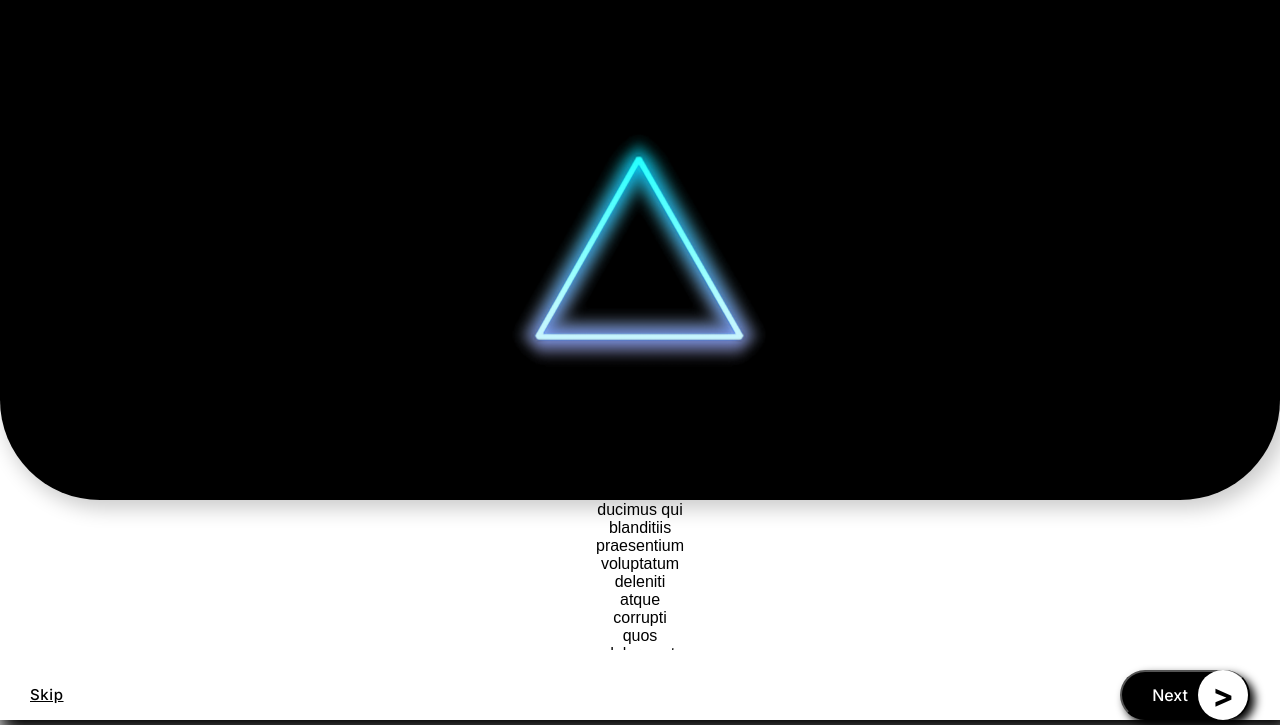
Repository: Cherced/virtualassistant
Page: /Welcome
An editor plug-in stored every save of this project. The page is shown before and after the next save, followed by the edit.
The browser window is 1280 px wide. The pictures show the whole page.
The project was rebuilt for these pictures with package versions that can differ from the ones it lists, and the page was loaded fresh each time. The framework's server and built-in components were replaced by stand-ins that run in the browser.

Above is the page before, as saved 2022-07-14 11:59:37.

### pages/_app.js
import '../sass/global.scss';


const MyApp = ({ Component, pageProps }) => {
    return <Component {...pageProps} />
  }


export default MyApp

### pages/_document.js
import { Html, Head, Main, NextScript } from 'next/document'

export default function Document() {
  return (
    <Html>
      <Head />
      <body>
        <Main />
        <div id="portal"></div>
        <NextScript />
      </body>
    </Html>
  )
}

### pages/Welcome.jsx
import React from 'react'
import { HeaderWelcome } from '../components/molecules/welcome/HeaderWelcome'
import { MainContent } from '../components/molecules/welcome/MainContent'
import { NavButtons } from '../components/molecules/welcome/NavButtons'

const Welcome = () => {
  return (
    <div className="welcome">
        <HeaderWelcome/>
        <MainContent/>
        <NavButtons/>
    </div>
  )
}

export default Welcome

### sass/global.scss
@import './vars';
@import './pages/draft';
@import './pages/welcome';

### components/molecules/welcome/HeaderWelcome.jsx
import React from 'react'

export const HeaderWelcome = () => {
  return (
    <header className="brand">
    <img className="brand__img" src="/img/welcomeImg.png" alt="brand logo"/>
    </header>
  )
}

### components/molecules/welcome/MainContent.jsx
import React from 'react'
import { Instructions } from '../../atoms/Carrousels/Instructions'

export const MainContent = () => {
  return (
    <main className="main__Content--welcome">
        <Instructions/>
    </main>
  )
}

### components/molecules/welcome/NavButtons.jsx
import React from 'react'
import Link from 'next/link'
import { NextButton } from '../../atoms/buttons/NextButton'

export const NavButtons = () => {
  return (
    <footer className="NavButtons">
      {  <Link href="#">
        <a className="NavButtons__ancord">Skip</a>
        </Link>}
        <NextButton type="button" title="Next"/>
    </footer>
  )
}

### sass/_vars.scss
@import url('https://fonts.googleapis.com/css2?family=Inter:wght@100;200;300;500;600;700;800;900&family=Roboto:ital,wght@0,100;0,300;0,400;0,500;0,700;0,900;1,100;1,300;1,400;1,500;1,700;1,900&display=swap');

$mainColor: black;
$mainTextColor: white;
$mainFont: 'Inter';


*{
    box-sizing: border-box;
    margin: 0;
    padding: 0;
    font-family: Arial, Helvetica, sans-serif;
}

### sass/pages/_draft.scss

.Draft{
    display: flex;
    align-self: center;
    width: 100%;
    justify-content: center;
    height: 100vh;
    flex-direction: column;
    align-items: center;
}

### sass/pages/_welcome.scss
@import '../components/headers/welcomeHeader';
@import '../components/carrousels/carrousel';
@import '../components/buttons/nextButton';


.welcome {
    width: 100%;
    height: 100vh;
    display: flex;
    flex-direction: column;
    align-items: center;
    box-shadow: 7px 8px 20px 7px black;
    justify-items: center;
    justify-content: space-between;

    .NavButtons {
        display: flex;
        width: 100%;
        align-items: center;
        justify-content: space-between;
        padding: 0 30px;
        margin: 20px 0;

        .NavButtons__ancord {
            font-style: normal;
            font-weight: 400;
            font-size: 15px;
            line-height: 18px;
            letter-spacing: 0.04em;
            font-family: $mainFont;
            color: #000000;
        }
    }
}

### sass/components/headers/_welcomeHeader.scss
.brand{
    width: 100%;
    min-height: 500px;
    display: flex;
    background: black;
    border-radius: 0 0 100px 100px;
    box-shadow: 6px 6px 20px 3px rgba(0, 0, 0, 0.2);
    justify-content: center;
    align-items: center;
  .brand__img{
    object-fit: cover;
  }
}

### sass/components/carrousels/_carrousel.scss
.carrousel{
    max-width: 500px;
    height: 150px;
    min-width: 300px;
    overflow: hidden;
    .carrousel__list{
        list-style: none;
        position: relative;
        display: flex;
        width: 200%;
        height: 100%;
        .carrousel__list--item{
            width: 50%;
            display: flex;
            flex-direction: column;
            align-items: center;
            justify-content: center;
            .carrousel__item--title{
                margin-bottom: 30px;
            }
            .carrousel__item--parragraph{
                padding: 0 300px;
                text-align: center;
            }
        }
    }
}

### sass/components/buttons/_nextButton.scss
.button__next {
    display: flex;
    width: auto;
    min-width: 100px;
    height: 50px;
    justify-content: space-around;
    align-items: center;
    background: black;
    color: white;
    border-radius: 100px;
    padding: 0 0 0 30px;
    box-shadow: 5px 5px 10px 0px black;
    cursor: pointer;
    font-family: $mainFont;
    font-size: 16px;


    .button__next--Arrow {
        width: 50px;
        height: 50px;
        display: flex;
        align-items: center;
        justify-content: center;
        background: $mainTextColor;
        border-radius: 100px;
        margin-left: 10px;

        .next__arrow--h1 {
            padding: 10px;
            color: $mainColor;
            font-family: $mainFont;
        }
    }

}

### components/atoms/Carrousels/Instructions.jsx
import React from 'react'

export const Instructions = () => {
  return (
    <div className="carrousel">
        <ul className="carrousel__list">
            <li className="carrousel__list--item">
                <h1 className="carrousel__item--title">
                Welcome!
                </h1>
                <p className="carrousel__item--parragraph">
                At vero eos et accusamus et iusto odio dignissimos ducimus qui blanditiis praesentium voluptatum deleniti atque corrupti quos dolores et quas molestias excepturi sint occaecati cupiditate non provident,
                </p>
            </li>
            <li className="carrousel__list--item">
                <h1 className="carrousel__item--title">
                you can also improve
                </h1>
                <p className="carrousel__item--parragraph">
                Temporibus autem quibusdam et aut officiis debitis aut rerum necessitatibus saepe eveniet ut et voluptates repudiandae sint et molestiae non recusandae. Itaque earum rerum
                </p>
            </li>
        </ul>
    </div>
  )
}

### components/atoms/buttons/NextButton.jsx
import React from 'react'

export const NextButton = (props) => {
  return (
    <button onClick={props.onClick} className="button__next" type={props.type} aria-label="Next Button">
        {props.title}
        <div className="button__next--Arrow">
            <h1 className="next__arrow--h1">
                &#62;
            </h1>
        </div>
    </button>
  )
}

After the next save:
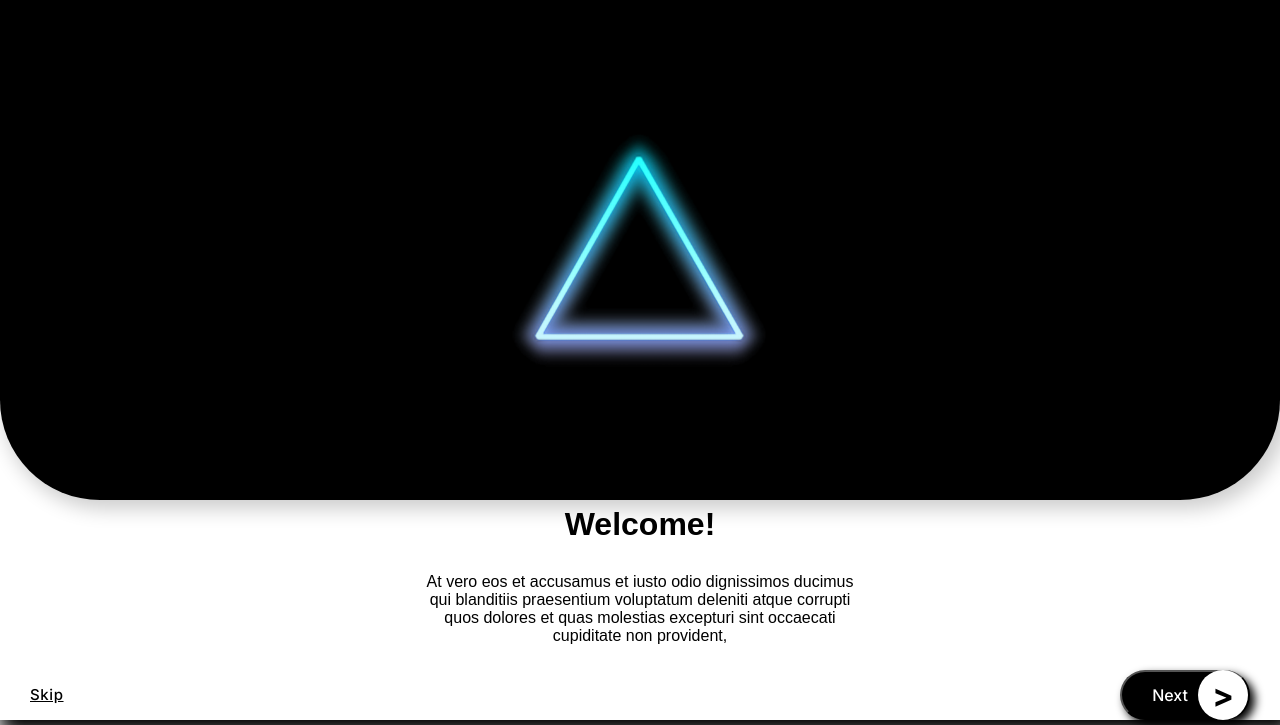
Saved 7 s later.
--- a/sass/components/carrousels/_carrousel.scss
+++ b/sass/components/carrousels/_carrousel.scss
@@ -19,7 +19,7 @@
                 margin-bottom: 30px;
             }
             .carrousel__item--parragraph{
-                padding: 0 300px;
+                padding: 0 30px;
                 text-align: center;
             }
         }
